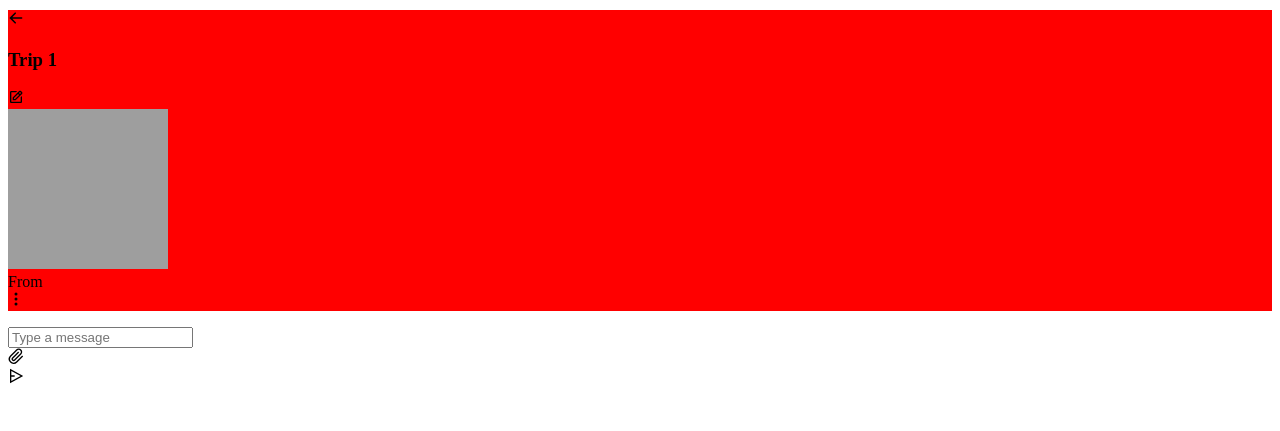
Repository: Abhi2359/PWA_Corider
Page: /
An editor plug-in stored every save of this project. The page is shown before and after the next save, followed by the edit.
The browser window is 1280 px wide. The pictures show the whole page.
Pictures or frames that could not be fetched are drawn as grey boxes. The page's requests for data from a server got no answer. The project was rebuilt for these pictures with package versions that can differ from the ones it lists, and the page was loaded fresh each time. No one was signed in, and anything a server would have sent is missing. Also part of the build but not shown: vite.config.js, src/chatInput/Chat.css, src/chatInput/Chat.jsx, src/chatInput/ChatInput.css.

Above is the page before, as saved 2023-05-14 10:32:03.

After the next save:
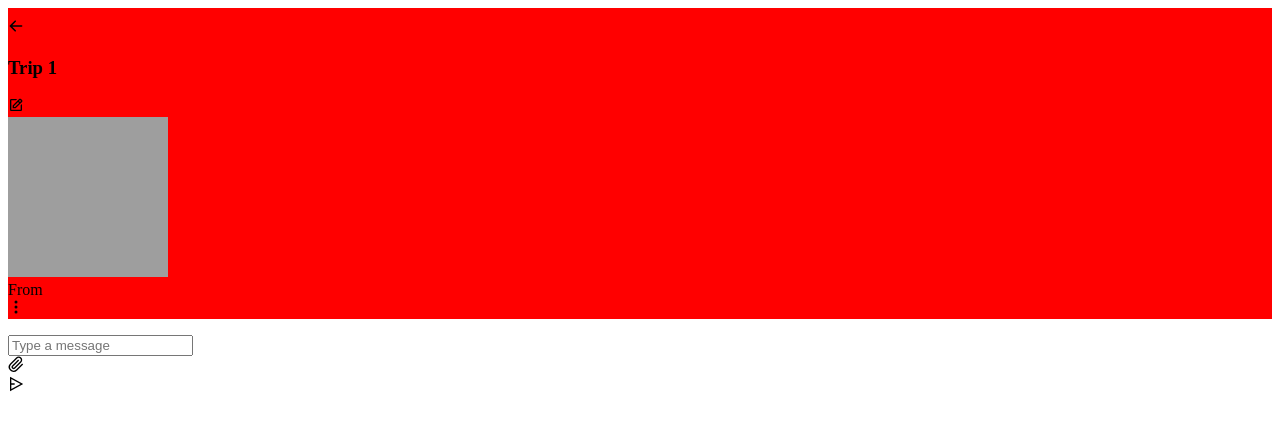
Saved 32 s later.
--- a/src/Header/Header.css
+++ b/src/Header/Header.css
@@ -5,5 +5,5 @@
 }
 
 .trip{
-    margin-top: 10px;
+    padding-top: 10px;
 }
